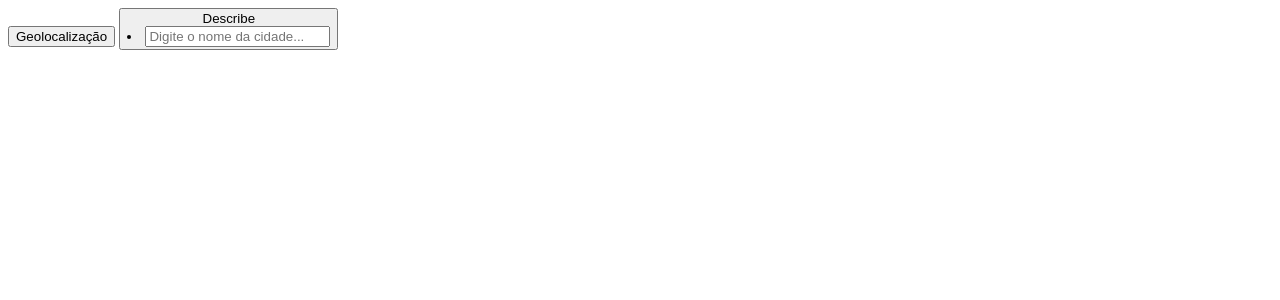
Repository: umlaufisadora/api-weather-physics
Page: index.html
The author's editor kept a copy of each file at every save. The page is drawn from the files as they stood at one save, then again after a run of saves.
The browser window is 1280 px wide. The pictures show the whole page.
After loading, the first visible `#btn-describe` was clicked once.

Above is the page before, as saved 2026-07-24 20:36:45.

After the next 3 saves:
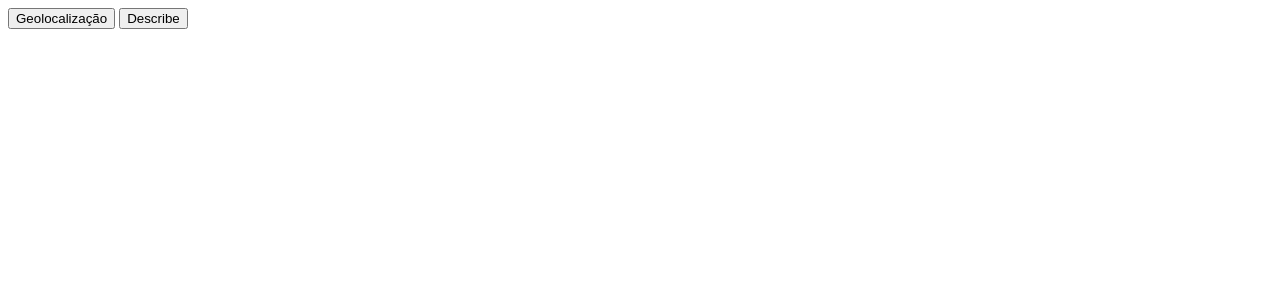
Console error: TypeError: Cannot read properties of null (reading 'appendChild')
The 3 saves are shown as one change because they came seconds apart.
The last was saved 10 s later.
--- a/app.js
+++ b/app.js
@@ -7,7 +7,7 @@
         {
             count +=1;
             const list = document.createElement('li');
-            const lista = document.getElementById('listinha')
+            const lista = document.getElementById('l')
 
 
             list.classList.add('task');
@@ -15,7 +15,7 @@
             const content = `<input placeholder="Digite o nome da cidade..." id="input-list"></input>`;
 
             list.innerHTML = content;
-            describe.appendChild(list)
+            lista.appendChild(list)
         }
          console.log(count)
     });

After the save that followed:
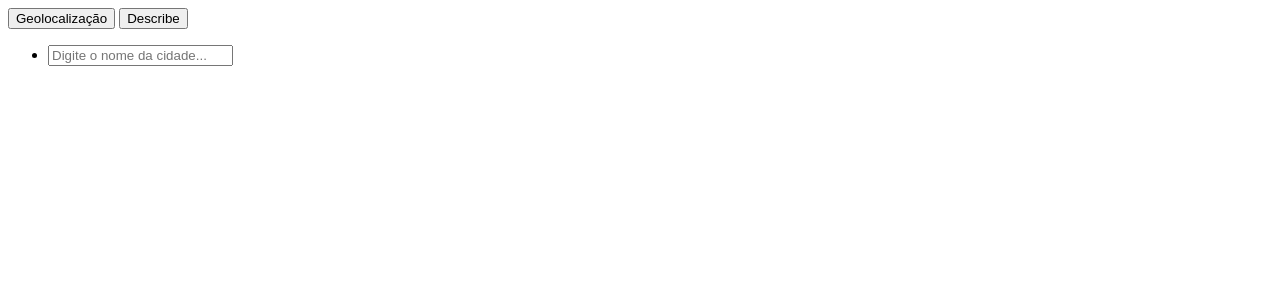
The error is gone.
Saved 4 s later.
--- a/app.js
+++ b/app.js
@@ -7,7 +7,7 @@
         {
             count +=1;
             const list = document.createElement('li');
-            const lista = document.getElementById('l')
+            const lista = document.getElementById('listinha')
 
 
             list.classList.add('task');
